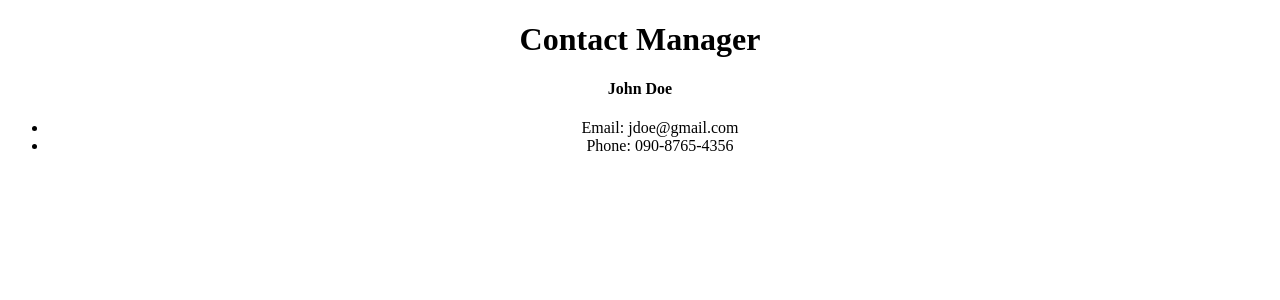
Repository: IkennaU/contactmanager
Page: /
These files come from the project's save history. The page is drawn as it stood at one moment and after the next save; the edit follows.
The browser window is 1280 px wide. The pictures show the whole page.
The project was rebuilt for these pictures with package versions that can differ from the ones it lists, and the page was loaded fresh each time.

Above is the page before, as saved 2020-07-20 13:39:29.

After the next save:
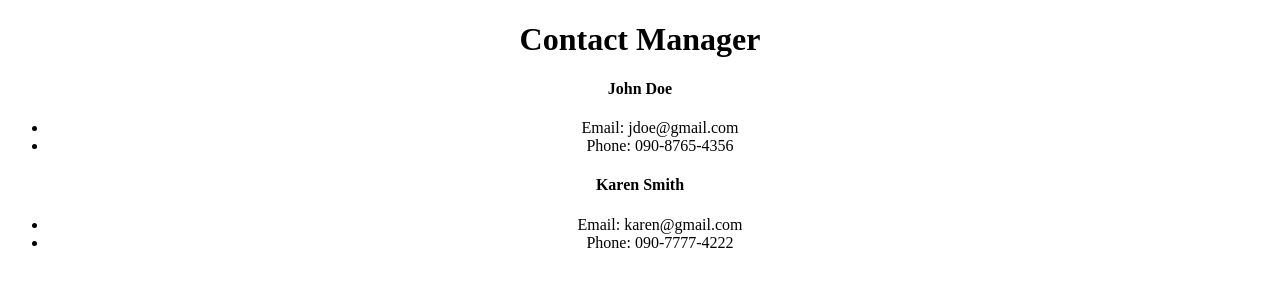
Saved 6 min 54 s later.
--- a/src/App.js
+++ b/src/App.js
@@ -9,6 +9,11 @@ function App() {
     <div className="App">
       <Header branding="Contact Manager" />
       <Contact name="John Doe" email="jdoe@gmail.com" phone="090-8765-4356" />
+      <Contact
+        name="Karen Smith"
+        email="karen@gmail.com"
+        phone="090-7777-4222"
+      />
     </div>
   );
 }
